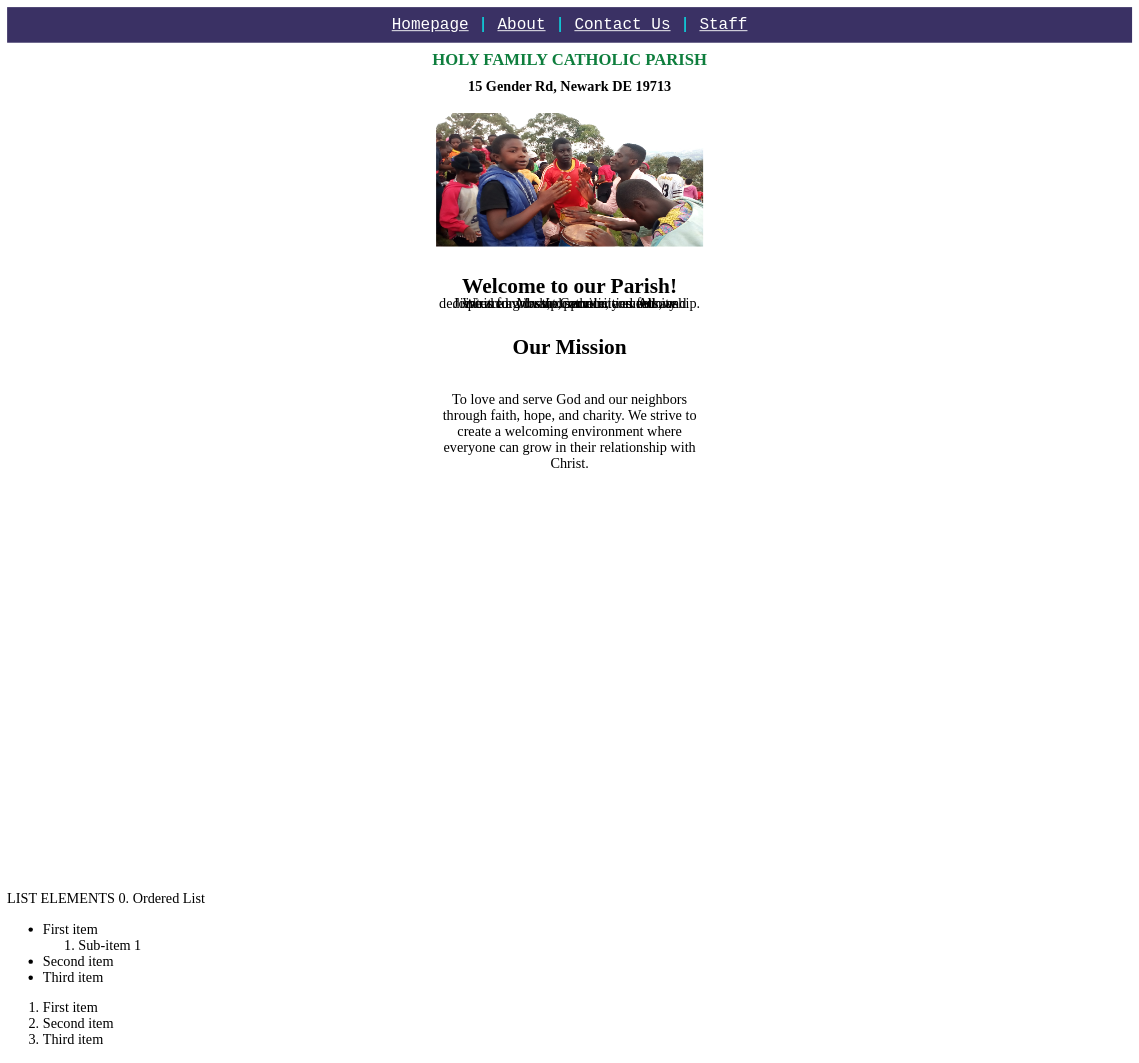
Repository: ficotims/HTML-RESTART
Page: Homepage.html
An editor plug-in stored every save of this project. The page is shown before and after the next save, followed by the edit.
The browser window is 1280 px wide. The pictures show the whole page, at 89% of full size.

Above is the page before, as saved 2026-02-10 18:03:01.

After the next save:
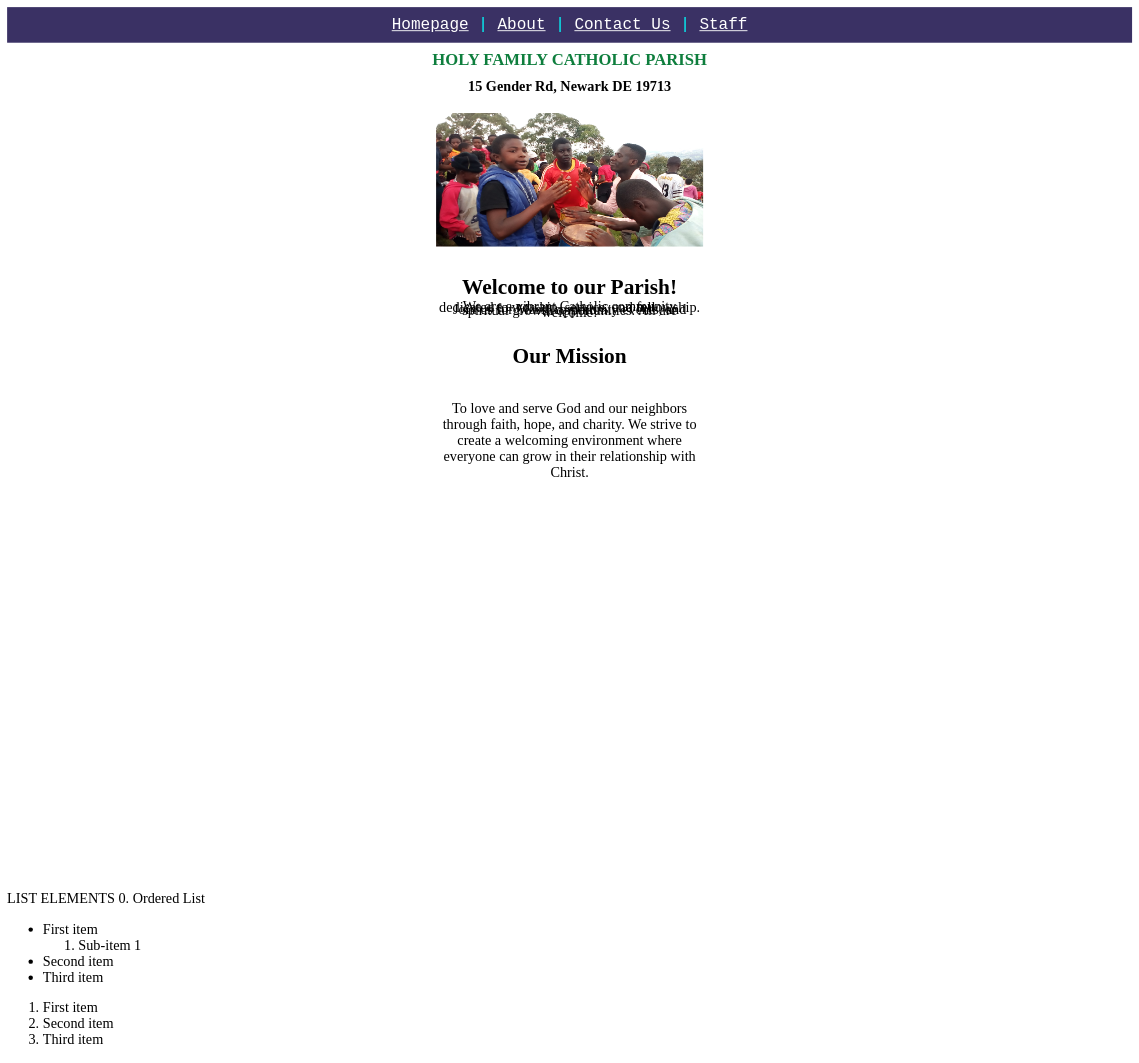
Saved 4 s later.
--- a/Homepage.html
+++ b/Homepage.html
@@ -28,7 +28,7 @@
 
       <div class="container">
         <div class="profile-box">
-          <span style="line-height: 0;"><h2>Welcome to our Parish!</h2>
+          <span style="line-height: 0.1;"><h2>Welcome to our Parish!</h2>
           <p>
             We are a vibrant Catholic community dedicated to worship, service, and fellowship. Join us for Mass, community events, and spiritual growth opportunities. All are welcome!
           </p></span>
